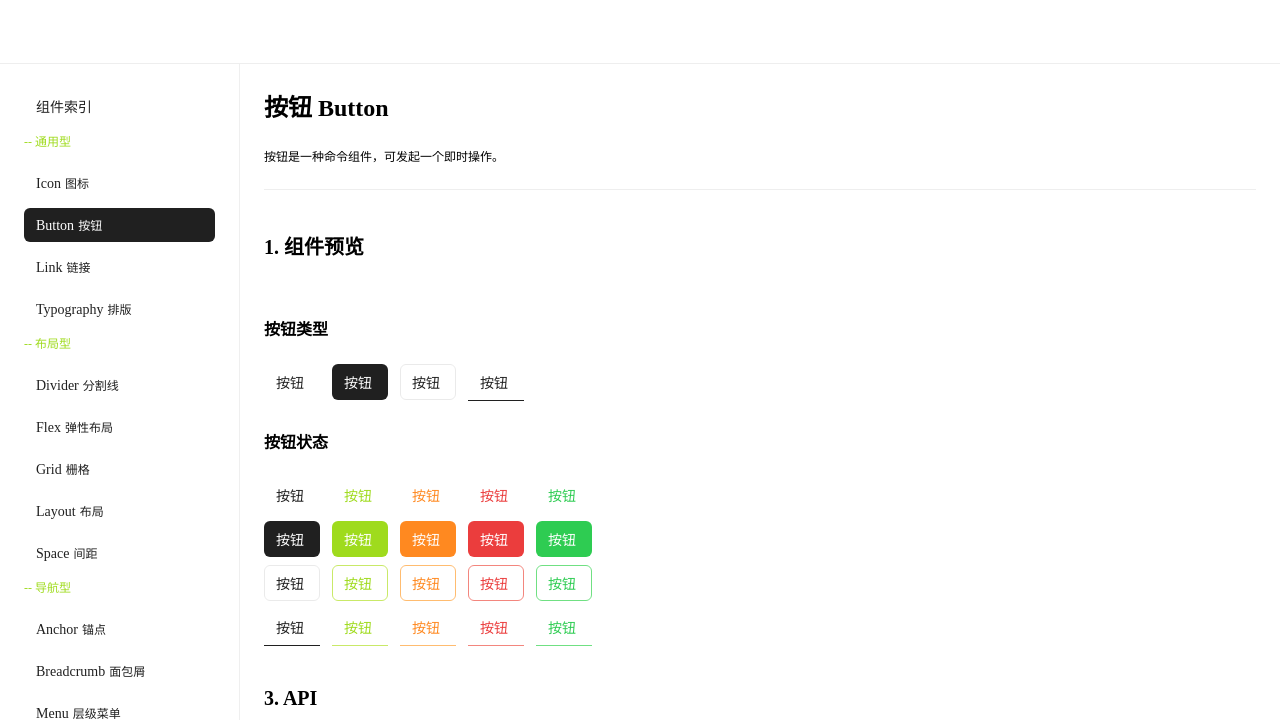
Repository: suminhan007/LandDesign
Page: /
These files come from the project's save history. The page is drawn as it stood at one moment and after a run of saves; the edit follows.
The browser window is 1280 px wide. The pictures show the whole page.
An inner scrolling area shows only its first screen. The project was rebuilt for these pictures with package versions that can differ from the ones it lists, and the page was loaded fresh each time. Also part of the build but not shown: vite.config.ts, packages/Pop.tsx, example/components/ComponentPreview.tsx, packages/Icon.tsx, example/components/IconExample.tsx.

Above is the page before, as saved 2024-03-17 19:02:03.

After the next 4 saves:
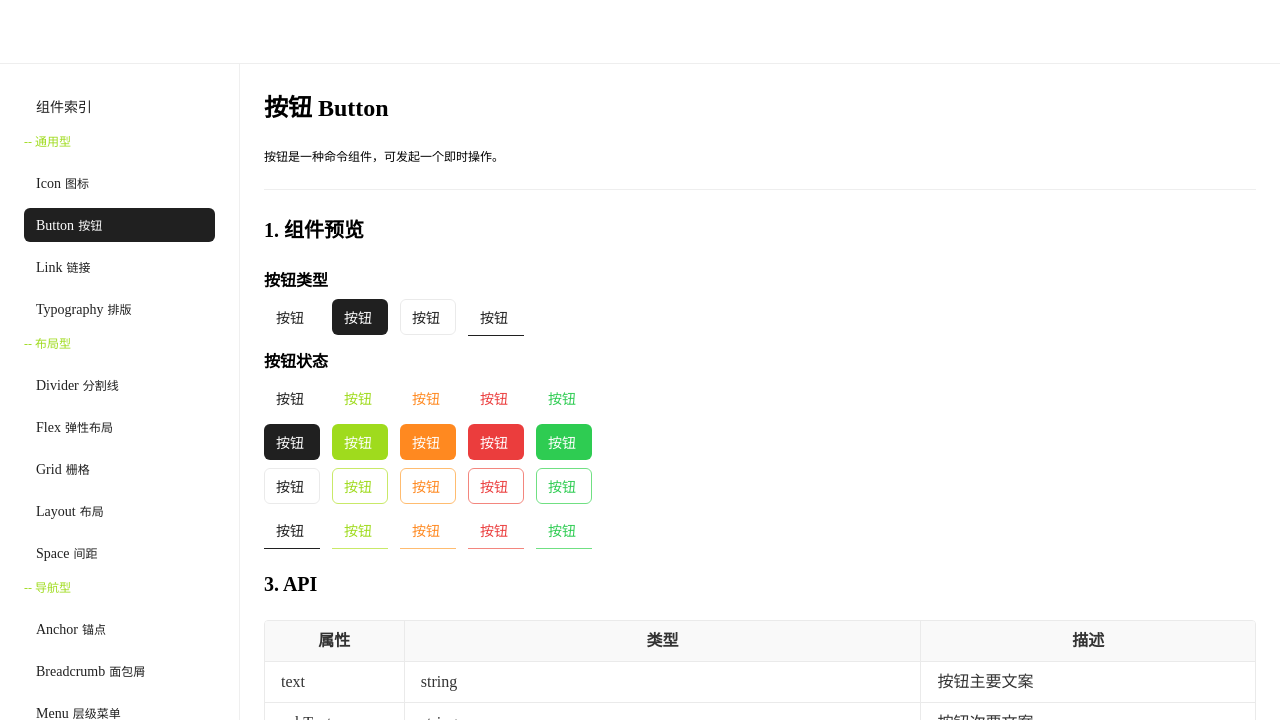
The 4 saves are shown as one change because they came seconds apart.
The last was saved 49 s later.
--- a/example/app.css
+++ b/example/app.css
@@ -1,5 +1,8 @@
 body,
 h1,
+h2,
+h3,
+a,
 p {
     margin: 0;
     padding: 0;
